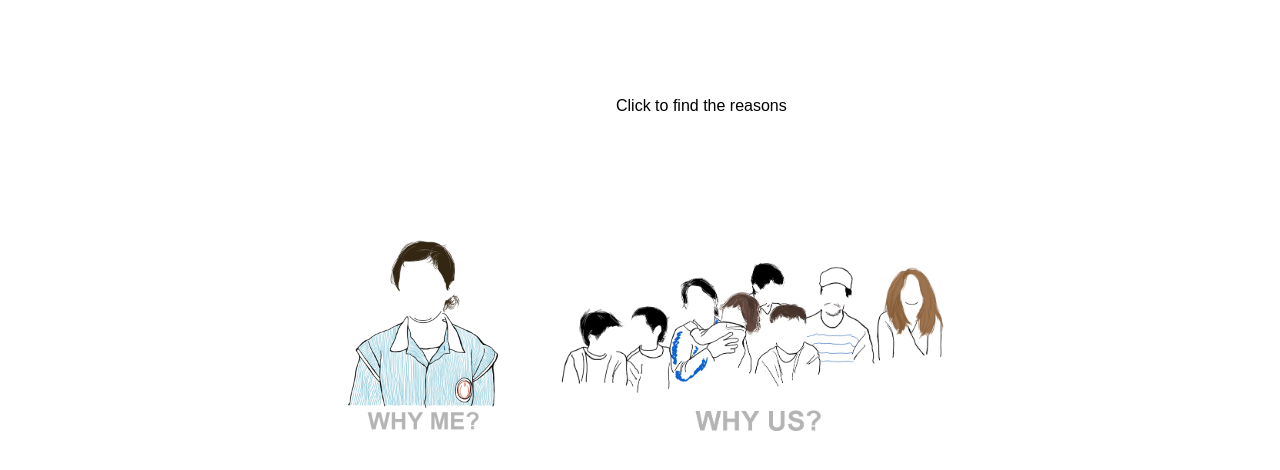
Repository: Lettie123/webpr4
Page: 04.html
These files come from the project's save history. The page is drawn as it stood at one moment and after the next save; the edit follows.
The browser window is 1280 px wide. The pictures show the whole page.

Above is the page before, as saved 2020-11-27 11:34:19.

### 04.html
<html>
    <head>
        <meta charset="UTF-8">
        <meta name="viewport" content="width=device-width,initial-scale=1" />
        <meta name="viewport" content="width=device-width,initial-scale=1.0,maximum-scale=1.0,user-scalable=no">
        <link rel="stylesheet" type="text/css" href="style05.css">

    </head>

    <body>
        <div id="RE">
        <div id="r02">
            <span>
                <img src="pepic/r02.png" style="width:80%"
                onclick="tzmin()"
                onmouseenter="document.getElementById('r01').style.opacity='0.3';"
                onmouseout="document.getElementById('r01').style.opacity='1';">
            </span>
            </div>
        <div id="r01">
            <span>
                <img src="pepic/r01.png" style="width:80%"
                onclick="tzgen()"
                onmouseenter="document.getElementById('r02').style.opacity='0.3';"
                onmouseout="document.getElementById('r02').style.opacity='1';">
            </span>
        </div>

        </div>

        <div id="txt">
            <div id="t1" style= "position:absolute; top: 25%; left: 38%;">
            <h1 style="font-size:100%; font-weight: normal; line-height: 24px;">
                Click to find the reasons
            </h1>
            </div>
         </div>

         <script>
            function tzgen(){
                window.location.href="gen.html";
            }
            function tzmin(){
                window.location.href="dis.html";
            }
        </script>
    </body>

### style05.css
body {
	overflow:scroll;
    overflow-y:hidden;
    overflow-x:hidden;
}

#r01{
    width: 250px;
    height: 250px;
	position: absolute;
	left: 35%;
	top: 50%;
    transform: translate(-50%,-50%);
    color: #B4B4B4;
}
#r01:hover {
    width: 400px;
    height: 400px;
}

#r02{
    width: 500px;
    height: 250px;
	position: absolute;
	left: 63%;
	top: 46%;
    transform: translate(-50%,-50%);
    color: #B4B4B4;
}
#r02:hover {
    width: 800px;
    height: 400px;
}
#r02:hover ~ #r01 {
    opacity: 0.3;
}

#txt{
    height:300px;
    width:1600px;
    text-align: center;
	border-radius: 10px;
	position: absolute;
    font-family: Arial;
    color:black;
}

After the next save:
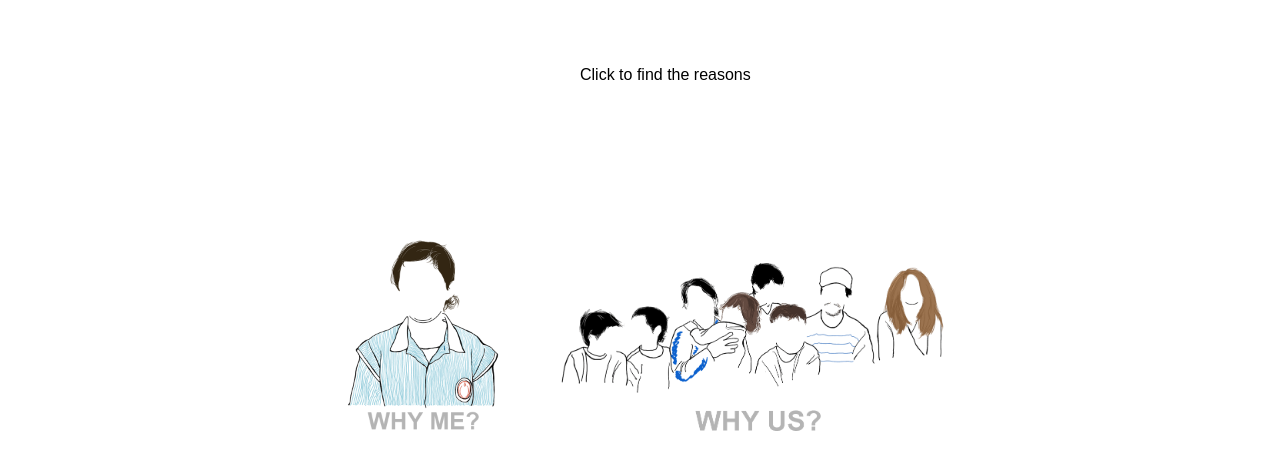
Saved 52 s later.
--- a/style05.css
+++ b/style05.css
@@ -36,11 +36,14 @@ body {
 }
 
 #txt{
-    height:300px;
-    width:1600px;
+    height:80px;
+    width:500px;
+    left:50%;
+    top:10%;
     text-align: center;
 	border-radius: 10px;
 	position: absolute;
     font-family: Arial;
     color:black;
+    transform: translate(-50%,-50%);
 }
